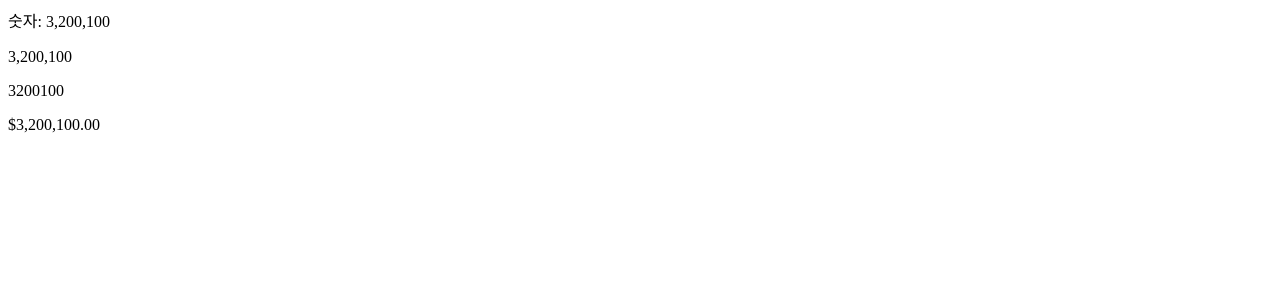
Repository: ramperrit/JSP
Page: http://localhost/JSPBook/Ch09/jstl_fmt02.jsp
An editor plug-in stored every save of this project. The page is shown before and after the next save, followed by the edit.
The browser window is 1280 px wide. The pictures show the whole page.
The page is served by Tomcat 9. Nobody is signed in. The application's start-up code is not run. Other server files are loaded and not shown.

Above is the page before, as saved 2024-02-26 02:12:27.

### JSPBook/src/main/webapp/Ch09/jstl_fmt02.jsp
<%@ page language="java" contentType="text/html; charset=utf-8"%>
<%@ taglib prefix="fmt" uri="http://java.sun.com/jsp/jstl/fmt" %>
<html>
<head>
<title>Insert title here</title>
</head>
<body>
	<p>숫자: <fmt:formatNumber value="3200100" />
	<p> <fmt:formatNumber value="3200100" type="number"/>
	<p> <fmt:formatNumber value="3200100" type="number" groupingUsed="false"/>
	<p> <fmt:formatNumber value="3200100" type="currency" groupingUsed="true"/>
</body>
</html>

After the next save:
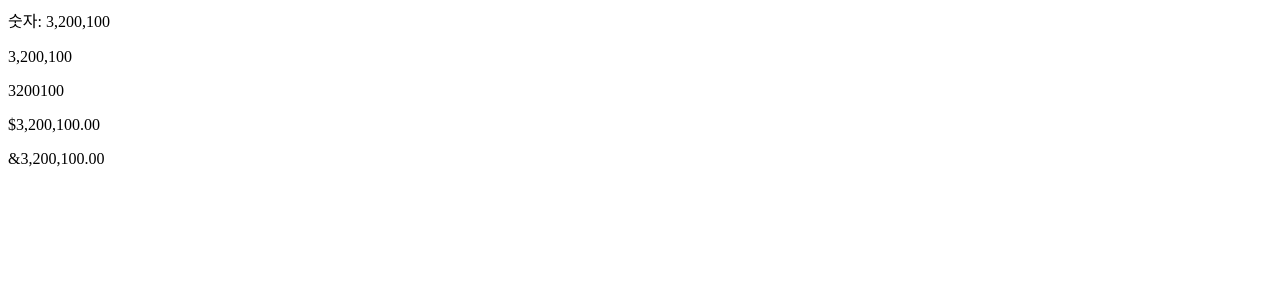
Saved 28 s later.
--- a/JSPBook/src/main/webapp/Ch09/jstl_fmt02.jsp
+++ b/JSPBook/src/main/webapp/Ch09/jstl_fmt02.jsp
@@ -9,5 +9,6 @@
 	<p> <fmt:formatNumber value="3200100" type="number"/>
 	<p> <fmt:formatNumber value="3200100" type="number" groupingUsed="false"/>
 	<p> <fmt:formatNumber value="3200100" type="currency" groupingUsed="true"/>
+	<p> <fmt:formatNumber value="3200100" type="currency" currencySymbol="&"/>
 </body>
 </html>
